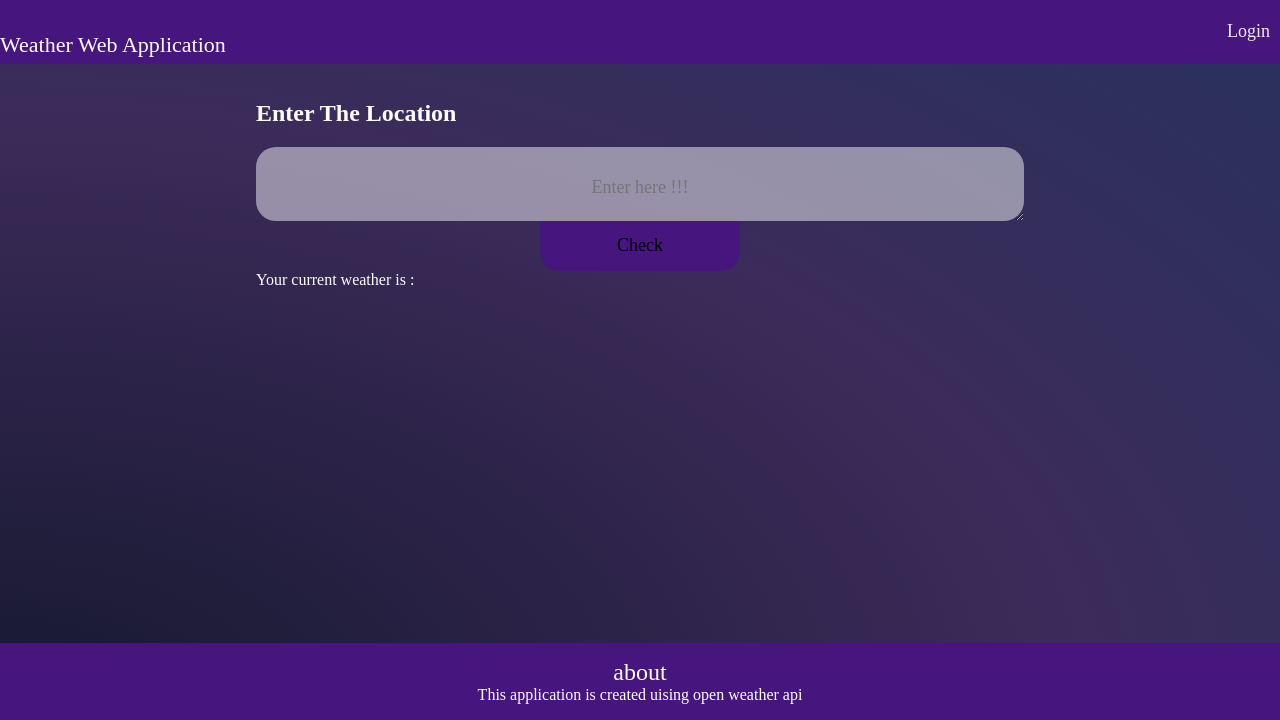
Repository: Irfan-vit/openapi
Page: index.html
These files come from the project's save history. The page is drawn as it stood at one moment and after the next save; the edit follows.
The browser window is 1280 px wide. The pictures show the whole page.

Above is the page before, as saved 2021-05-28 23:53:44.

After the next save:
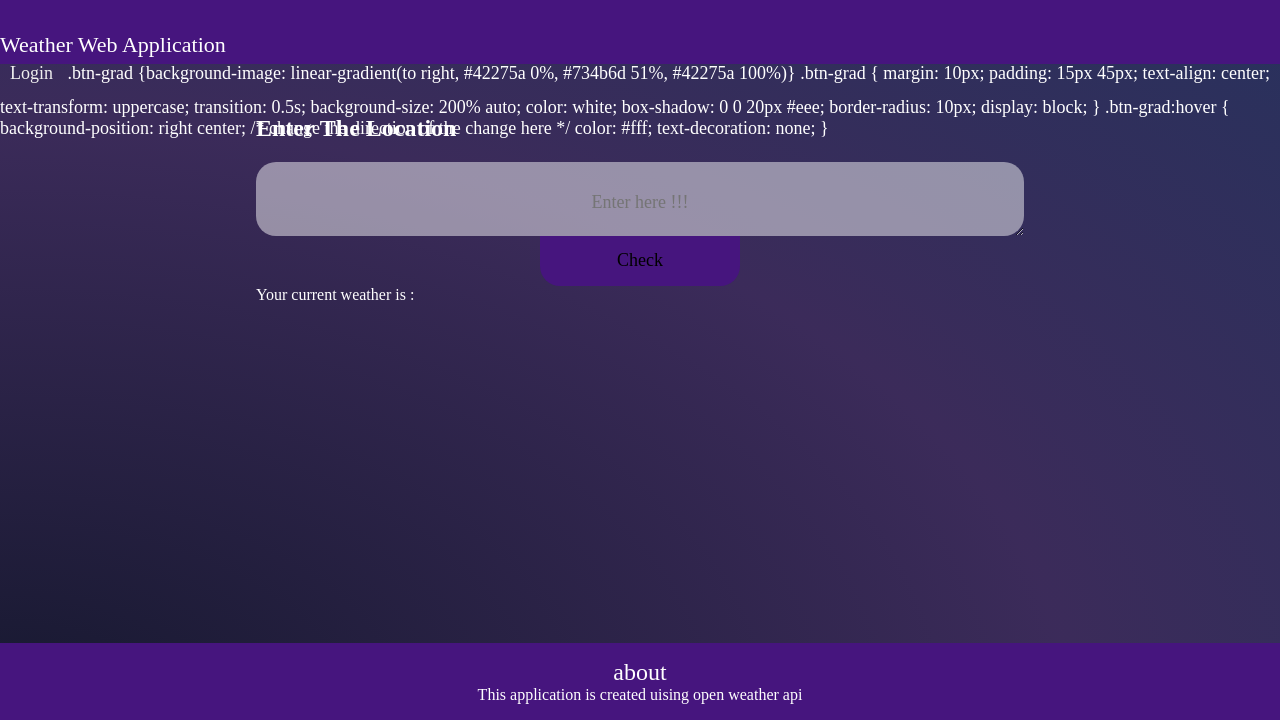
Saved 4 s later.
--- a/index.html
+++ b/index.html
@@ -29,6 +29,26 @@
 
         <div class="nav-links">
             <a href="https://weatherapplicationse.netlify.app/">Login</a>
+
+         .btn-grad {background-image: linear-gradient(to right, #42275a 0%, #734b6d  51%, #42275a  100%)}
+         .btn-grad {
+            margin: 10px;
+            padding: 15px 45px;
+            text-align: center;
+            text-transform: uppercase;
+            transition: 0.5s;
+            background-size: 200% auto;
+            color: white;
+            box-shadow: 0 0 20px #eee;
+            border-radius: 10px;
+            display: block;
+          }
+
+          .btn-grad:hover {
+            background-position: right center; /* change the direction of the change here */
+            color: #fff;
+            text-decoration: none;
+          }
 
 
         </div>

After the save that followed:
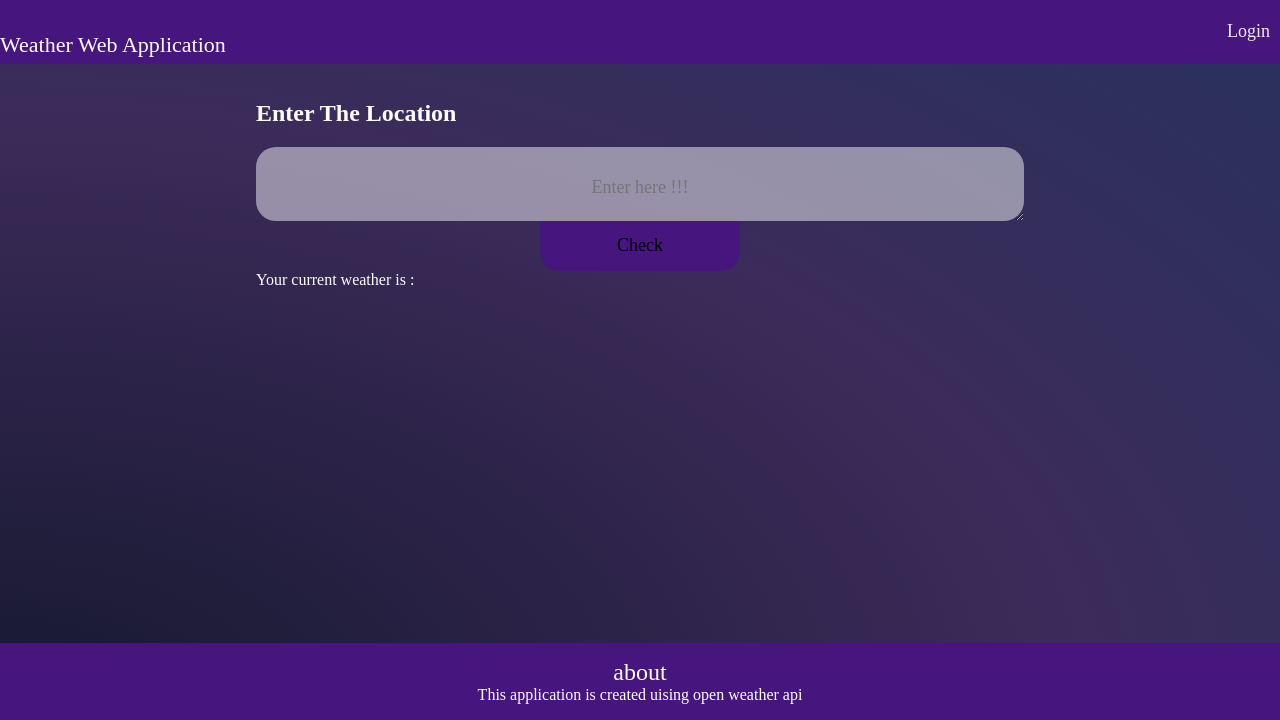
Saved 12 s later.
--- a/index.html
+++ b/index.html
@@ -29,26 +29,6 @@
 
         <div class="nav-links">
             <a href="https://weatherapplicationse.netlify.app/">Login</a>
-
-         .btn-grad {background-image: linear-gradient(to right, #42275a 0%, #734b6d  51%, #42275a  100%)}
-         .btn-grad {
-            margin: 10px;
-            padding: 15px 45px;
-            text-align: center;
-            text-transform: uppercase;
-            transition: 0.5s;
-            background-size: 200% auto;
-            color: white;
-            box-shadow: 0 0 20px #eee;
-            border-radius: 10px;
-            display: block;
-          }
-
-          .btn-grad:hover {
-            background-position: right center; /* change the direction of the change here */
-            color: #fff;
-            text-decoration: none;
-          }
 
 
         </div>
